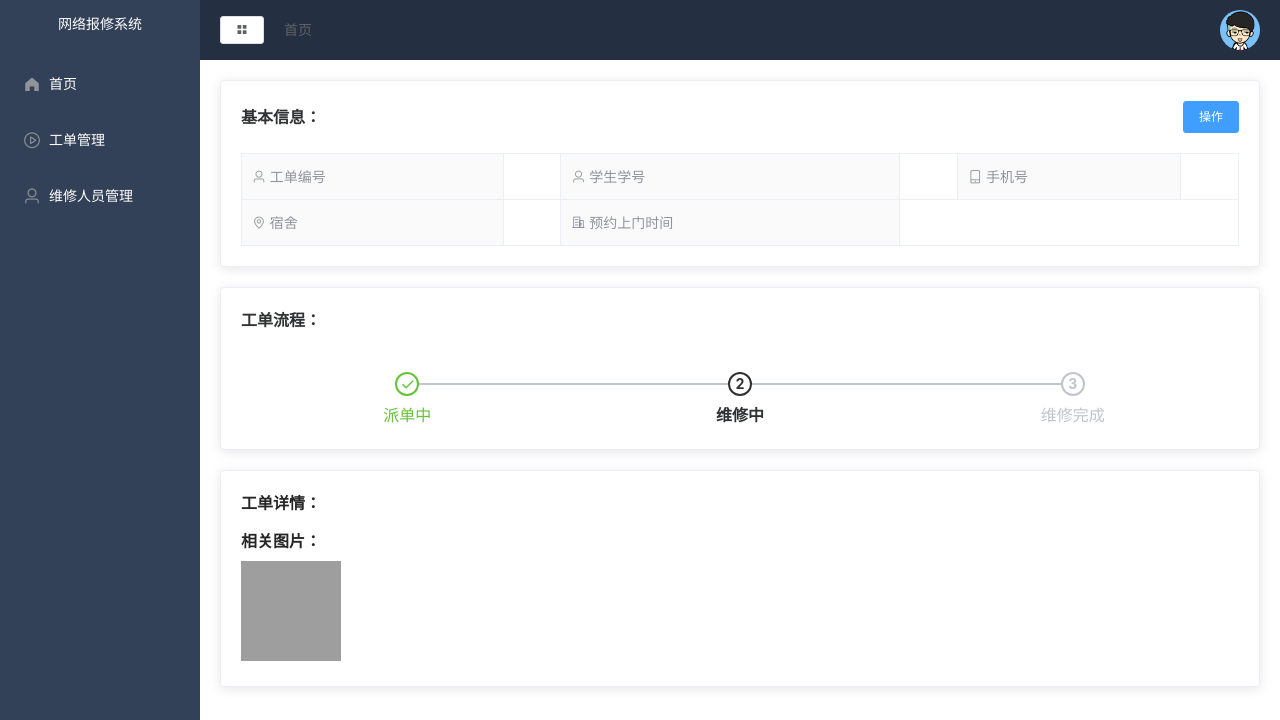
Repository: LtheW/vue
Page: /submit
The author's editor kept a copy of each file at every save. The page is drawn from the files as they stood at one save, then again after the next save.
The browser window is 1280 px wide. The pictures show the whole page.
Pictures or frames that could not be fetched are drawn as grey boxes. The page's requests for data from a server got no answer. The project was rebuilt for these pictures with package versions that can differ from the ones it lists, and the page was loaded fresh each time. No one was signed in, and anything a server would have sent is missing. Also part of the build but not shown: vue.config.js, src/components/CommonTag.vue, src/views/Maintainer/Add.vue.

Above is the page before, as saved 2022-03-24 20:55:58.

After the next save:
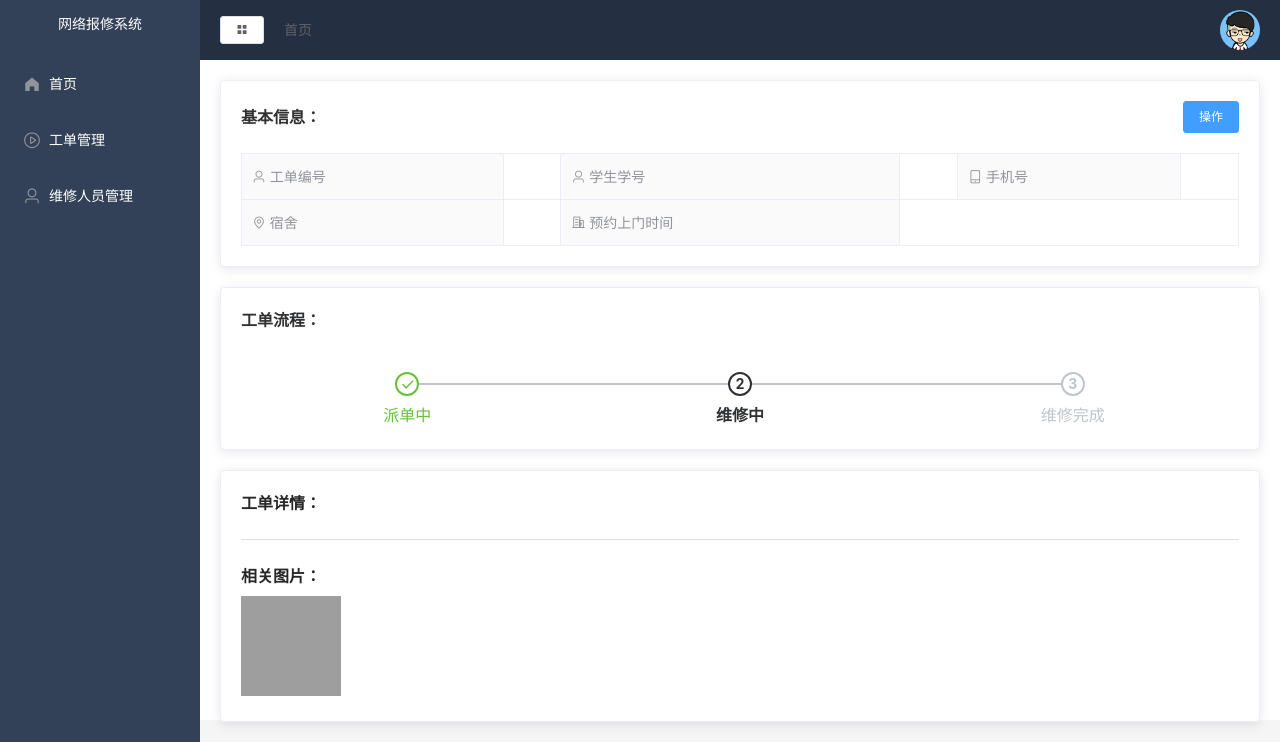
Saved 2 days later.
--- a/src/views/Submit.vue
+++ b/src/views/Submit.vue
@@ -72,6 +72,7 @@
         <el-card>
           <h5 class="title">工单详情：</h5>
           <p>{{ form.workorderContent }}</p>
+           <el-divider></el-divider>
           <h5 class="title">相关图片：</h5>
           <el-image
             style="width: 100px; height: 100px"

After the 2 saves that followed:
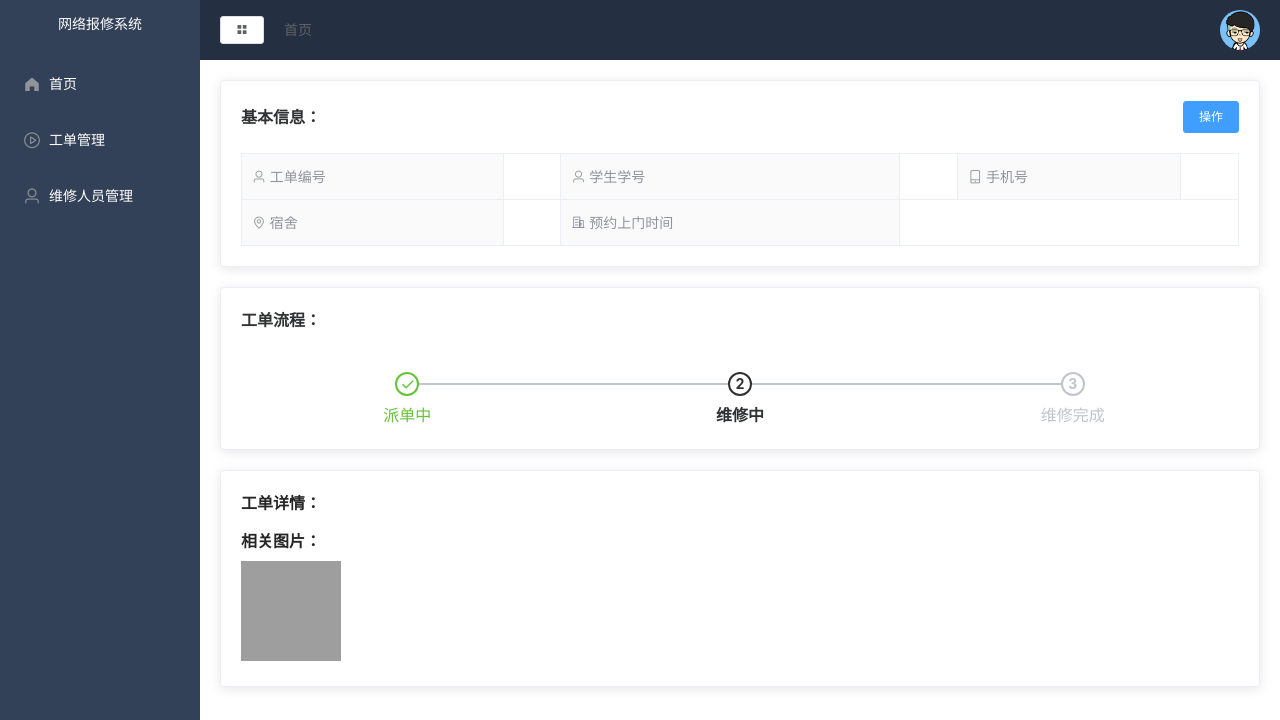
The 2 saves are shown as one change because they came seconds apart.
The last was saved 29 s later.
--- a/src/views/Submit.vue
+++ b/src/views/Submit.vue
@@ -72,7 +72,6 @@
         <el-card>
           <h5 class="title">工单详情：</h5>
           <p>{{ form.workorderContent }}</p>
-           <el-divider></el-divider>
           <h5 class="title">相关图片：</h5>
           <el-image
             style="width: 100px; height: 100px"
